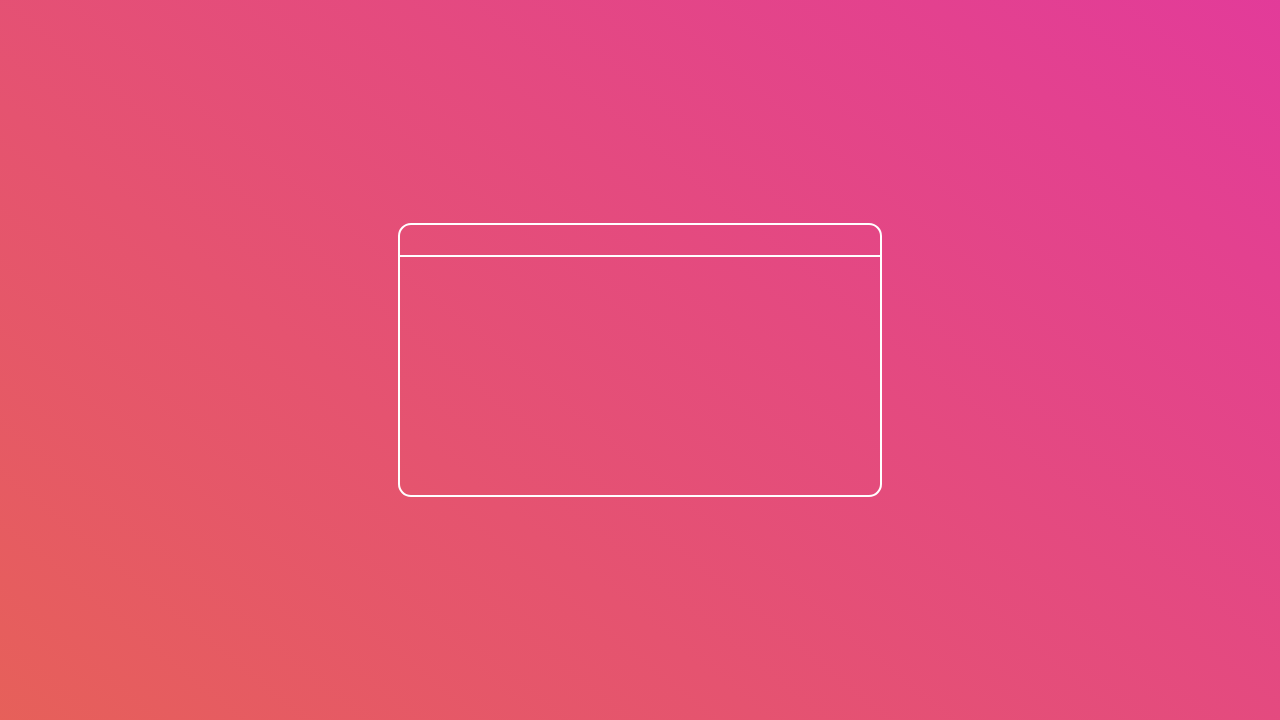
Repository: wrzonki/3d-css
Page: index.html
An editor plug-in stored every save of this project. The page is shown before and after the next save, followed by the edit.
The browser window is 1280 px wide. The pictures show the whole page.
The style sheet was rebuilt from its Sass, Less or Tailwind sources for each picture, by a compiler version that may differ from the author's.

Above is the page before, as saved 2019-11-25 21:01:41.

After the next save:
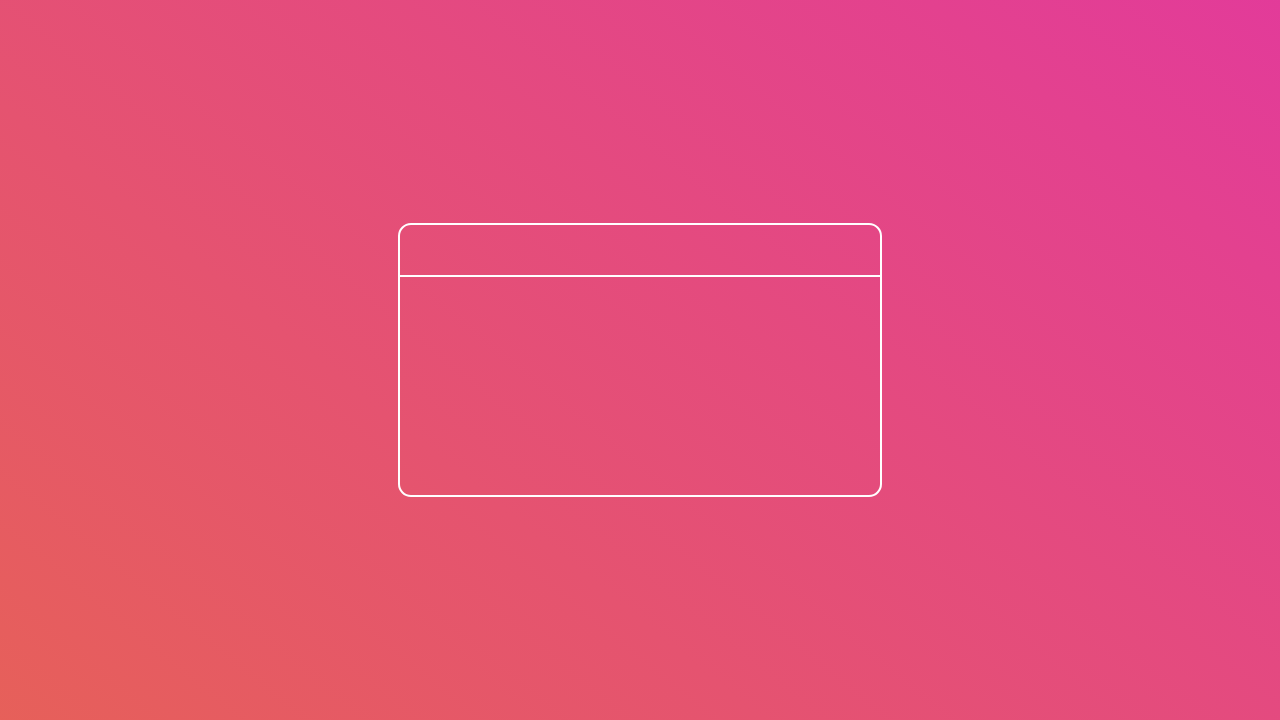
Saved 6 s later.
--- a/index.scss
+++ b/index.scss
@@ -65,7 +65,7 @@
         width: $desktopWidth * $desktopRatioScale;
         height: $desktopheight * $desktopRatioScale;
         .bar {
-            top: 30px;
+            top: 50px;
         }
     }
     &.tablet {

After the save that followed:
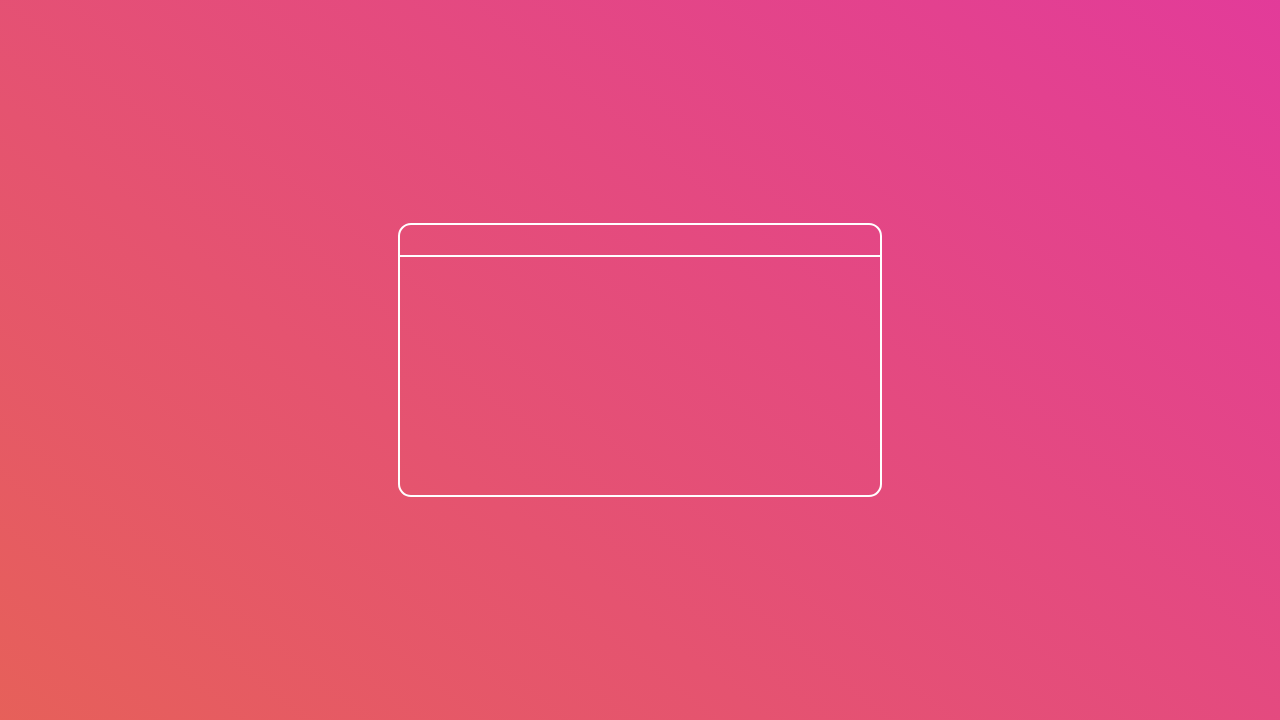
Saved 8 s later.
--- a/index.scss
+++ b/index.scss
@@ -65,7 +65,7 @@
         width: $desktopWidth * $desktopRatioScale;
         height: $desktopheight * $desktopRatioScale;
         .bar {
-            top: 50px;
+            top: 30px;
         }
     }
     &.tablet {
